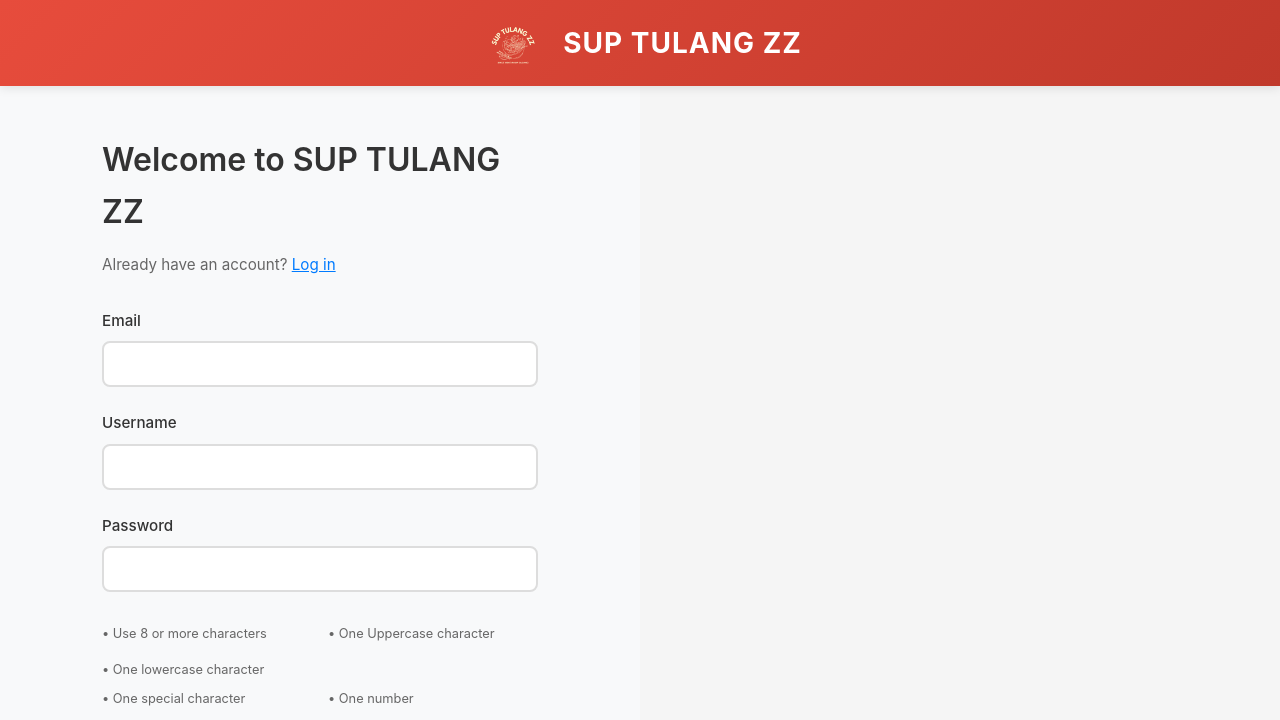
Repository: YIsheng2002/web-frontend
Page: view/member/userSignUp.html
The author's editor kept a copy of each file at every save. The page is drawn from the files as they stood at one save, then again after the next save.
The browser window is 1280 px wide. The pictures show the whole page.
An inner scrolling area shows only its first screen.

Above is the page before, as saved 2025-06-13 22:41:03.

### view/member/userSignUp.html
<!DOCTYPE html>
<html lang="en">
<head>
    <meta charset="UTF-8">
    <meta name="viewport" content="width=device-width, initial-scale=1.0">
    <title>SUP TULANG ZZ - Register</title>
    <link rel="stylesheet" href="assets/css/userSignUp_style.css">
    <link rel="stylesheet" href="../../assets/css/main.css">
</head>
<body>
    <!-- Header -->
    <header class="header">
        <div class="header-content">
            <div class="logo-section">
                <img src="../../assets/images/logo.png" alt="SUP TULANG ZZ Logo" class="logo">
                <span class="brand-name">SUP TULANG ZZ</span>
            </div>
            <div class="header-right">
                <div class="nav-actions">
                    <!-- <button class="search-btn">
                        <i class="fas fa-search"></i> Search Food
                    </button> -->
                </div>
            </div>
        </div>
    </header>
    <div class="container">
        <!-- Left side - Registration Form -->
        <div class="form-section">

            <main class="form-container">
                <h2>Welcome to SUP TULANG ZZ</h2>
                <p class="login-link">Already have an account? <a href="userLogin.html" class="link">Log in</a></p>

                <form class="registration-form">
                    <div class="form-group">
                        <label for="email">Email</label>
                        <input type="email" id="email" name="email" required>
                    </div>

                    <div class="form-group">
                        <label for="username">Username</label>
                        <input type="text" id="username" name="username" required>
                    </div>

                    <div class="form-group">
                        <label for="password">Password</label>
                        <div class="password-input-container">
                            <input type="password" id="password" name="password" required>
                        </div>
                    </div>

                    <div class="password-requirements">
                        <div class="requirement-row">
                            <span class="requirement">• Use 8 or more characters</span>
                            <span class="requirement">• One Uppercase character</span>
                            <span class="requirement">• One lowercase character</span>
                        </div>
                        <div class="requirement-row">
                            <span class="requirement">• One special character</span>
                            <span class="requirement">• One number</span>
                        </div>
                    </div>

                    <button type="submit" class="btn-primary">Create an account</button>
                    <p class="login-link-bottom">Already have an account? <a class="link" href="userLogin.html">Log in</a></p>
                </form>
            </main>
        </div>


    </div>

    <script>
        document.addEventListener('DOMContentLoaded', function() {
            // Logo click event to redirect to landing page
            document.querySelector('.logo').addEventListener('click', function() {
                window.location.href = 'landing.html';
            });

            // Handle form submission
            document.querySelector('.registration-form').addEventListener('submit', function(event) {
                event.preventDefault(); // Prevent the default form submission

                // Get the input values
                const email = document.getElementById('email').value;
                const username = document.getElementById('username').value;
                const password = document.getElementById('password').value;

                // Validate input data
                if (validateEmail(email) && validatePassword(password)) {
                    // Store user data
                    const userData = {
                        email: email,
                        username: username,
                        password: password
                    };

                    // Redirect to the login page
                    alert('Registration successful! You can now log in.');
                    window.location.href = 'userLogin.html';
                } else {
                    alert('Please ensure your email and password meet the requirements.');
                }
            });

            // Email validation function
            function validateEmail(email) {
                const re = /^[^\s@]+@[^\s@]+\.[^\s@]+$/; // Simple email regex
                return re.test(String(email).toLowerCase());
            }

            // Password validation function
            function validatePassword(password) {
                // Check for minimum length, uppercase, lowercase, number, and special character
                const minLength = password.length >= 8;
                const hasUppercase = /[A-Z]/.test(password);
                const hasLowercase = /[a-z]/.test(password);
                const hasNumber = /[0-9]/.test(password);
                const hasSpecialChar = /[!@#$%^&*(),.?":{}|<>]/.test(password);
                return minLength && hasUppercase && hasLowercase && hasNumber && hasSpecialChar;
            }
        });


    </script>
</body>
</html>

### view/member/assets/css/userSignUp_style.css
/* Reset and Base Styles */
* {
    margin: 0;
    padding: 0;
    box-sizing: border-box;
}

body {
    font-family: 'Arial', sans-serif;
    line-height: 1.6;
    color: #333;
    overflow-x: hidden;
}


/* Header Styles */
.header {
    background-color: #e74c3c;
    color: white;
    padding: 1rem 0;
    position: sticky;
    top: 0;
    z-index: 100;
    box-shadow: 0 2px 4px rgba(0, 0, 0, 0.1);
    height: 12vh;
}

.header-content {
    max-width: 1200px;
    margin: 0 auto;
    padding: 0 1rem;
    display: flex;
    justify-content: space-between;
    align-items: center;
}

.header-right {
    display: flex;
    align-items: center; /* Align items vertically */
}

.logo {
    display: flex;
    align-items: center;
    gap: 0.75rem;
}

.logo-img {
    width: 80px;
    height: 80px;
    border-radius: 50%;
    padding: 8px;
}

.logo-text {
    font-size: 1.25rem;
    font-weight: bold;
    letter-spacing: 1px;
}

.brand-name {
    font-size: 24px;
    font-weight: bold;
    letter-spacing: 1px;
}

.nav-actions {
    display: flex;
    gap: 15px;
}

.container {
    display: flex;
    height: 88vh;
}

/* Left side - Form Section */
.form-section {
    flex: 1;
    background-color: #f8f9fa;
    display: flex;
    flex-direction: column;
    max-width: 50%;
    overflow-x: hidden;
}


.form-container {
    flex: 1;
    padding: 3rem 2rem;
    display: flex;
    flex-direction: column;
    justify-content: center;
    max-width: 500px;
    margin: 0 auto;
    width: 100%;
}

.form-container h2 {
    font-size: 2rem;
    color: #333;
    margin-bottom: 1rem;
    font-weight: 600;
}

.login-link {
    color: #666;
    margin-bottom: 2rem;
    font-size: 0.95rem;
}

.link {
    color: #007bff;
    text-decoration: underline;
    cursor: pointer;
}

.link:hover {
    color: #0056b3;
}

.registration-form {
    display: flex;
    flex-direction: column;
    gap: 1.5rem;
}

.form-group {
    display: flex;
    flex-direction: column;
    gap: 0.5rem;
}

.form-group label {
    font-weight: 500;
    color: #333;
    font-size: 0.95rem;
}

.form-group input {
    padding: 0.75rem 1rem;
    border: 2px solid #ddd;
    border-radius: 8px;
    font-size: 1rem;
    transition: border-color 0.3s ease;
    background-color: white;
}

.form-group input:focus {
    outline: none;
    border-color: #007bff;
    box-shadow: 0 0 0 3px rgba(0, 123, 255, 0.1);
}

.password-input-container {
    position: relative;
    display: flex;
    align-items: center;
}

.password-input-container input {
    flex: 1;
    padding-right: 4rem;
}

.toggle-password {
    position: absolute;
    right: 1rem;
    background: none;
    border: none;
    cursor: pointer;
    display: flex;
    align-items: center;
    gap: 0.25rem;
    color: #666;
    font-size: 0.85rem;
    padding: 0.25rem;
}

.toggle-password:hover {
    color: #333;
}

.password-requirements {
    display: flex;
    flex-direction: column;
    gap: 0.5rem;
    margin-top: 0.5rem;
}

.requirement-row {
    display: flex;
    flex-wrap: wrap;
    gap: 1rem;
}

.requirement {
    font-size: 0.8rem;
    color: #666;
    flex: 1;
    min-width: 180px;
}

.create-account-btn {
    background-color: #b8b8b8;
    color: white;
    padding: 0.875rem 2rem;
    border: none;
    border-radius: 25px;
    font-size: 1rem;
    font-weight: 500;
    cursor: pointer;
    transition: background-color 0.3s ease;
    margin-top: 1rem;
    align-self: flex-start;
}

.create-account-btn:hover {
    background-color: #999;
}

.login-link-bottom {
    color: #666;
    margin-top: 2rem;
    font-size: 0.95rem;
}

/* Right side - Image Section */

.order-section {
    flex: 1;
    background-image: linear-gradient(rgba(0, 0, 0, 0.4), rgba(0, 0, 0, 0.6)),
                    url('../../../../assets/images/background.png');
    background-size: cover;
    background-position: center;
    position: relative;
    display: flex;
    flex-direction: column;
    justify-content: center;
    padding: 60px;
    color: white;
}

.order-content {
    max-width: 500px;
}

.order-badge {
    width: 60px;
    height: 60px;
    background-color: white;
    border-radius: 50%;
    margin-bottom: 40px;
}

.order-title {
    font-size: 48px;
    font-weight: bold;
    margin-bottom: 30px;
    line-height: 1.2;
}

.order-description {
    font-size: 18px;
    line-height: 1.6;
    margin-bottom: 40px;
    opacity: 0.95;
}

/* Responsive Design */
@media (max-width: 1024px) {
    .container {
        flex-direction: column;
    }

    .form-section {
        max-width: 100%;
    }

    .image-section {
        min-height: 300px;
        min-width: 100%;
    }

    .brand-name {
        font-size: 3rem;
        letter-spacing: 6px;
    }

    .order-section{
        display: none;
    }
}

@media (max-width: 768px) {
    .form-container {
        padding: 2rem 1.5rem;
    }

    .requirement-row {
        flex-direction: column;
        gap: 0.25rem;
    }

    .requirement {
        min-width: auto;
    }

    .brand-name {
        font-size: 2.5rem;
        letter-spacing: 4px;
    }

    .image-section {
        min-height: 250px;
    }
}

@media (max-width: 480px) {
    .header {
        padding: 1rem;
    }

    .logo h1 {
        font-size: 1.2rem;
    }

    .form-container {
        padding: 1.5rem 1rem;
    }

    .form-container h2 {
        font-size: 1.5rem;
    }

    .brand-name {
        font-size: 2rem;
        letter-spacing: 3px;
    }
}

### assets/css/main.css
:root{
    --primary-color: #DE4345;
    --secondary-color: #F8FAD4;
    --white-color: #FFFFFF;
    --header-font-color: #212121;
    --header6-font-color: #424242;
    --light-red: #FF7877;
}

* {
    margin: 0;
    padding: 0;
    box-sizing: border-box;
}

body {
    font-family: -apple-system, BlinkMacSystemFont, 'Segoe UI', Roboto, sans-serif;
    line-height: 1.6;
    color: var(--header6-font-color);
    background-color: #f5f5f5;
}

.btn-primary {
    background: linear-gradient(135deg, var(--primary-color) 0%, var(--light-red) 100%);
    color: white;
    border: none;
    padding: 12px 24px;
    border-radius: 8px;
    font-size: 16px;
    font-weight: 600;
    cursor: pointer;
    transition: all 0.3s ease;
    width: 100%;
}

.btn-primary:hover {
    transform: translateY(-5px);
    box-shadow: 0 8px 25px rgba(253, 114, 92, 0.22);
}

.btn-primary:active {
    transform: translateY(0);
}

/* Header Styles */
.header {
    background: linear-gradient(135deg, #e74c3c, #c0392b);
    color: white;
    padding: 15px 30px;
    display: flex;
    justify-content: space-between;
    align-items: center;
    box-shadow: 0 2px 10px rgba(0,0,0,0.1);
}

.logo-section {
    display: flex;
    align-items: center;
    gap: 15px;
}

.logo {
    width: 70px;
    height: 70px;
    display: flex;
    align-items: center;
    justify-content: center;
    font-weight: bold;
    font-size: 18px;
}

.brand-name {
    font-size: 28px;
    font-weight: bold;
    letter-spacing: 1px;
}

After the next save:
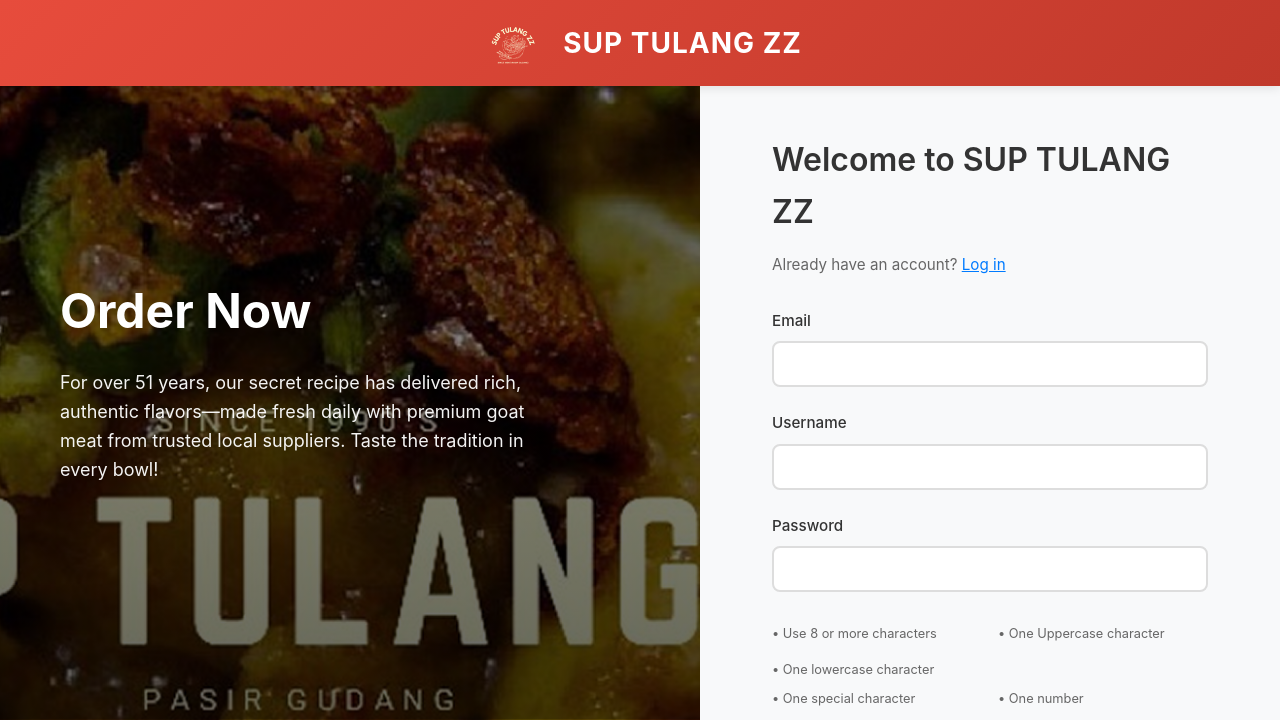
Saved 16 s later.
--- a/view/member/userSignUp.html
+++ b/view/member/userSignUp.html
@@ -25,7 +25,17 @@
         </div>
     </header>
     <div class="container">
-        <!-- Left side - Registration Form -->
+        <!-- Right side - Registration Form -->
+        <div class="order-section">
+            <div class="order-content">
+                <h1 class="order-title">Order Now</h1>
+                <p class="order-description">
+                    For over 51 years, our secret recipe has delivered rich, authentic flavors—made fresh daily with premium goat meat from trusted local suppliers. Taste the tradition in every bowl!
+                </p>
+            </div>
+        </div>
+
+        <!-- Left side - Background Image-->
         <div class="form-section">
 
             <main class="form-container">
@@ -67,8 +77,6 @@
                 </form>
             </main>
         </div>
-
-
     </div>
 
     <script>
